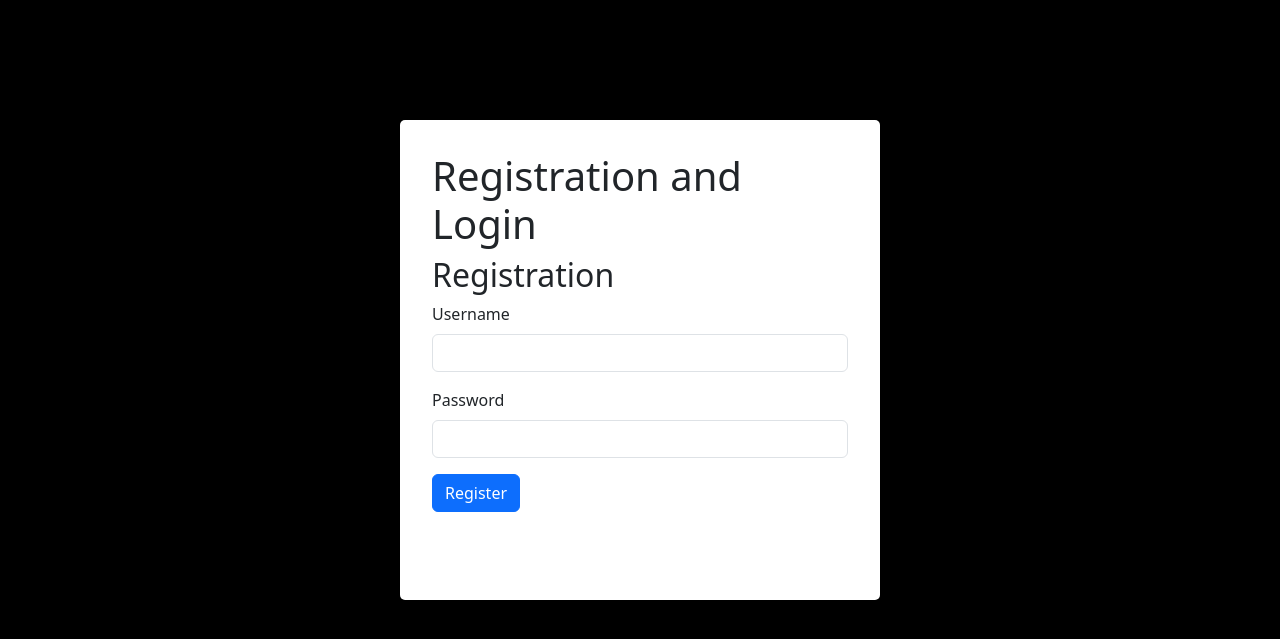
Repository: tran-thien-nhan/quiz_tlln
Page: sign_in_log_in.html
The author's editor kept a copy of each file at every save. The page is drawn from the files as they stood at one save, then again after the next save.
The browser window is 1280 px wide. The pictures show the whole page.

Above is the page before, as saved 2023-06-27 15:49:40.

### sign_in_log_in.html
<!DOCTYPE html>
<html lang="en">

<head>
  <meta charset="UTF-8">
  <meta name="viewport" content="width=device-width, initial-scale=1.0">
  <link rel="stylesheet" href="https://cdn.jsdelivr.net/npm/bootstrap@5.3.0/dist/css/bootstrap.min.css">
  <style>
    body {
      background-color: black;
      display: flex;
      justify-content: center;
      align-items: center;
      height: 100vh;
    }

    .container {
      background-color: #fff;
      padding: 2rem;
      width: 30rem;
      height: 30rem;
      border-radius: 5px;
    }
  </style>
  <title>Registration and Login</title>
</head>

<body>
  <div class="container">
    <h1>Registration and Login</h1>
    <div id="registration-form">
      <h2>Registration</h2>
      <form id="registerForm">
        <div class="mb-3">
          <label for="registerUsername" class="form-label">Username</label>
          <input type="text" class="form-control" id="registerUsername" required>
        </div>
        <div class="mb-3">
          <label for="registerPassword" class="form-label">Password</label>
          <input type="password" class="form-control" id="registerPassword" required>
        </div>
        <button type="submit" class="btn btn-primary">Register</button>
      </form>
    </div>

    <div id="login-form" style="display: none;">
      <h2>Login</h2>
      <form id="loginForm">
        <div class="mb-3">
          <label for="loginUsername" class="form-label">Username</label>
          <input type="text" class="form-control" id="loginUsername" required>
        </div>
        <div class="mb-3">
          <label for="loginPassword" class="form-label">Password</label>
          <input type="password" class="form-control" id="loginPassword" required>
        </div>
        <button type="submit" class="btn btn-primary">Login</button>
      </form>
    </div>
  </div>

  <script>
    // Function to set a cookie
    function setCookie(name, value, days) {
      var expires = "";
      if (days) {
        var date = new Date();
        date.setTime(date.getTime() + (days * 24 * 60 * 60 * 1000));
        expires = "; expires=" + date.toUTCString();
      }
      document.cookie = name + "=" + (value || "") + expires + "; path=/";
    }

    // Function to get a cookie value
    function getCookie(name) {
      var nameEQ = name + "=";
      var ca = document.cookie.split(';');
      for (var i = 0; i < ca.length; i++) {
        var c = ca[i];
        while (c.charAt(0) == ' ') {
          c = c.substring(1, c.length);
        }
        if (c.indexOf(nameEQ) == 0) {
          return c.substring(nameEQ.length, c.length);
        }
      }
      return null;
    }

    // Function to delete a cookie
    function deleteCookie(name) {
      document.cookie = name + '=; expires=Thu, 01 Jan 1970 00:00:01 GMT; path=/;';
    }

    // Registration form submission handler
    document.getElementById("registerForm").addEventListener("submit", function (event) {
      event.preventDefault();
      var username = document.getElementById("registerUsername").value;
      var password = document.getElementById("registerPassword").value;
      setCookie("username", username, 7);
      setCookie("password", password, 7);
      document.getElementById("registration-form").style.display = "none";
      document.getElementById("login-form").style.display = "block";
    });

    // Login form submission handler
    document.getElementById("loginForm").addEventListener("submit", function (event) {
      event.preventDefault();
      var username = document.getElementById("loginUsername").value;
      var password = document.getElementById("loginPassword").value;
      var storedUsername = getCookie("username");
      var storedPassword = getCookie("password");
      if (username === storedUsername && password === storedPassword) {
        alert("Login successful!");
        window.location.href = "index.html"; // Chuyển hướng sang trang index.html
      } else {
        alert("Invalid username or password.");
      }
    });

  </script>
</body>

</html>

After the next save:
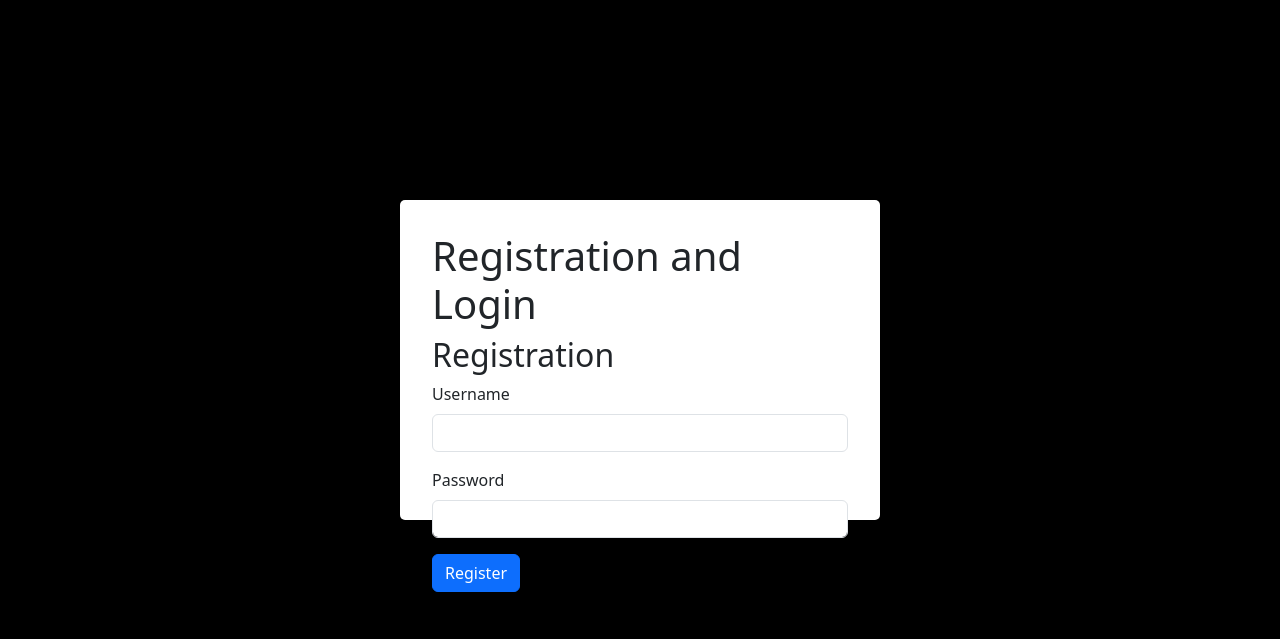
Saved 8 s later.
--- a/sign_in_log_in.html
+++ b/sign_in_log_in.html
@@ -18,7 +18,7 @@
       background-color: #fff;
       padding: 2rem;
       width: 30rem;
-      height: 30rem;
+      height: 20rem;
       border-radius: 5px;
     }
   </style>
